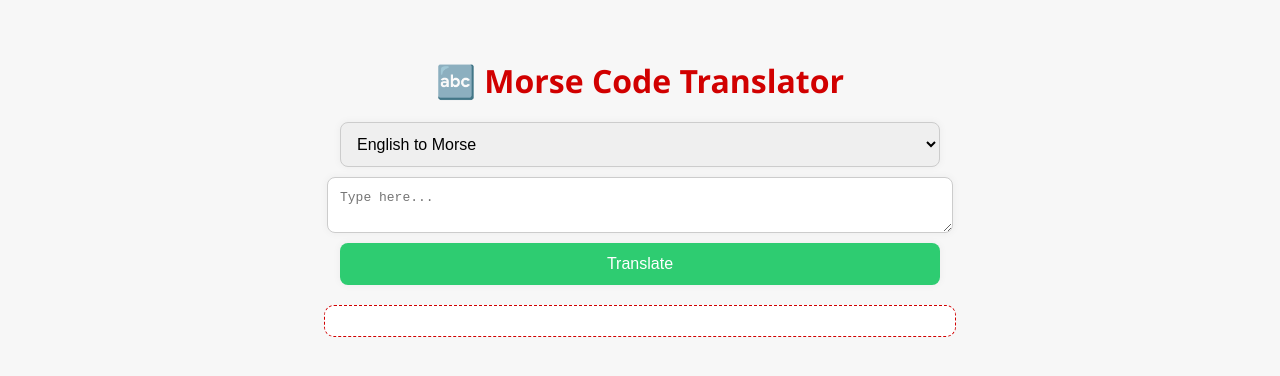
Repository: asandan8106/Morse_-Code_translator
Page: translator.html
These files come from the project's save history. The page is drawn as it stood at one moment and after the next save; the edit follows.
The browser window is 1280 px wide. The pictures show the whole page.

Above is the page before, as saved 2025-05-26 11:24:38.

### translator.html
<!DOCTYPE html>
<html lang="en">
<head>
  <meta charset="UTF-8" />
  <meta name="viewport" content="width=device-width, initial-scale=1.0"/>
  <title>Morse Code Translator</title>
  <style>
    :root {
      --red: #d10000;       /* Absa Red */
      --green: #2ecc71;     /* Money Green */
      --gray: #f7f7f7;      /* Background */
      --black: #222;        /* Text */
      --accent: #f8d7da;    /* Light red/pinkish */
    }

    body {
      font-family: 'Segoe UI', sans-serif;
      background: var(--gray);
      padding: 30px;
      text-align: center;
      color: var(--black);
    }

    h1 {
      color: var(--red);
      margin-bottom: 20px;
    }

    select, textarea, button {
      width: 80%;
      max-width: 600px;
      margin: 10px auto;
      padding: 12px;
      font-size: 1em;
      border-radius: 8px;
      border: 1px solid #ccc;
      box-shadow: 0 0 8px rgba(0,0,0,0.05);
      display: block;
    }

    button {
      background: var(--green);
      color: white;
      border: none;
      cursor: pointer;
      transition: background 0.3s;
    }

    button:hover {
      background: #27ae60;
    }

    #output {
      margin-top: 20px;
      padding: 15px;
      background: white;
      border: 1px dashed var(--red);
      font-weight: bold;
      border-radius: 10px;
      max-width: 600px;
      margin-left: auto;
      margin-right: auto;
      white-space: pre-wrap;
    }
  </style>
</head>
<body>

  <h1>🔤 Morse Code Translator</h1>

  <select id="mode">
    <option value="toMorse">English to Morse</option>
    <option value="fromMorse">Morse to English</option>
  </select>

  <textarea id="input" placeholder="Type here..."></textarea>

  <button onclick="translate()">Translate</button>

  <div id="output"></div>

  <script>
    const morseDict = {
      'A': '.-', 'B': '-...', 'C': '-.-.', 'D': '-..',
      'E': '.', 'F': '..-.', 'G': '--.', 'H': '....',
      'I': '..', 'J': '.---', 'K': '-.-', 'L': '.-..',
      'M': '--', 'N': '-.', 'O': '---', 'P': '.--.',
      'Q': '--.-', 'R': '.-.', 'S': '...', 'T': '-',
      'U': '..-', 'V': '...-', 'W': '.--', 'X': '-..-',
      'Y': '-.--', 'Z': '--..',
      '1': '.----', '2': '..---', '3': '...--',
      '4': '....-', '5': '.....', '6': '-....',
      '7': '--...', '8': '---..', '9': '----.', '0': '-----',
      ' ': '/', '-': '-....-', '!': '-.-.--', '.': '.-.-.-', '?': '..--..'
    };

    const reverseDict = Object.fromEntries(
      Object.entries(morseDict).map(([k, v]) => [v, k])
    );

    function translate() {
      const mode = document.getElementById('mode').value;
      const input = document.getElementById('input').value.trim();
      let result = '';

      if (mode === 'toMorse') {
        result = input.toUpperCase().split('').map(char => morseDict[char] || '?').join(' ');
      } else {
        result = input.split(' ').map(code => reverseDict[code] || '?').join('');
      }

      document.getElementById('output').textContent = result;
    }
  </script>

</body>
</html>

After the next save:
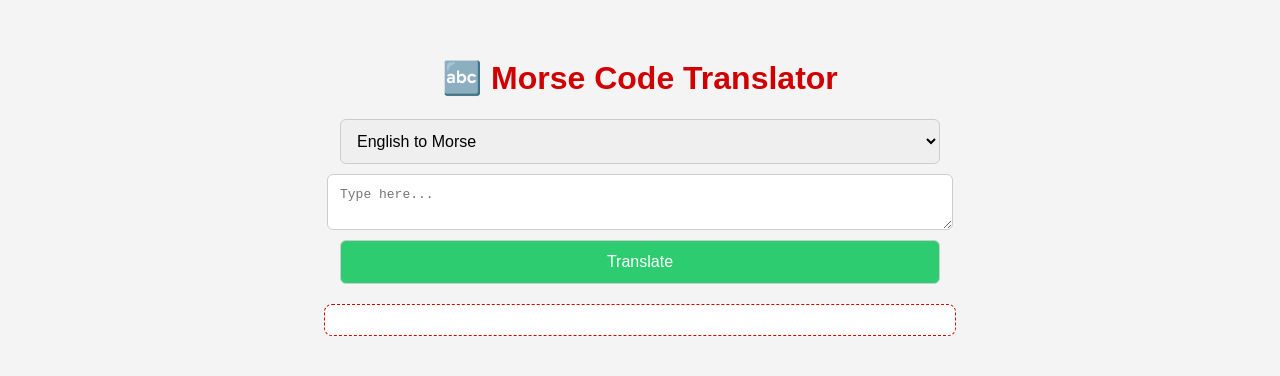
Saved 114 s later.
--- a/translator.html
+++ b/translator.html
@@ -5,62 +5,49 @@
   <meta name="viewport" content="width=device-width, initial-scale=1.0"/>
   <title>Morse Code Translator</title>
   <style>
-    :root {
-      --red: #d10000;       /* Absa Red */
-      --green: #2ecc71;     /* Money Green */
-      --gray: #f7f7f7;      /* Background */
-      --black: #222;        /* Text */
-      --accent: #f8d7da;    /* Light red/pinkish */
-    }
-
     body {
-      font-family: 'Segoe UI', sans-serif;
-      background: var(--gray);
+      font-family: Arial, sans-serif;
+      background-color: #f4f4f4;
+      text-align: center;
       padding: 30px;
-      text-align: center;
-      color: var(--black);
     }
 
     h1 {
-      color: var(--red);
-      margin-bottom: 20px;
+      color: #d10000;
     }
 
-    select, textarea, button {
+    textarea, select, button {
       width: 80%;
       max-width: 600px;
+      padding: 12px;
       margin: 10px auto;
-      padding: 12px;
       font-size: 1em;
-      border-radius: 8px;
+      display: block;
+      border-radius: 6px;
       border: 1px solid #ccc;
-      box-shadow: 0 0 8px rgba(0,0,0,0.05);
-      display: block;
     }
 
     button {
-      background: var(--green);
+      background-color: #2ecc71;
       color: white;
-      border: none;
       cursor: pointer;
-      transition: background 0.3s;
     }
 
     button:hover {
-      background: #27ae60;
+      background-color: #27ae60;
     }
 
     #output {
       margin-top: 20px;
       padding: 15px;
-      background: white;
-      border: 1px dashed var(--red);
+      background-color: white;
+      border: 1px dashed #d10000;
+      border-radius: 8px;
       font-weight: bold;
-      border-radius: 10px;
+      white-space: pre-wrap;
       max-width: 600px;
       margin-left: auto;
       margin-right: auto;
-      white-space: pre-wrap;
     }
   </style>
 </head>
@@ -94,22 +81,23 @@
       ' ': '/', '-': '-....-', '!': '-.-.--', '.': '.-.-.-', '?': '..--..'
     };
 
-    const reverseDict = Object.fromEntries(
-      Object.entries(morseDict).map(([k, v]) => [v, k])
-    );
+    const reverseDict = {};
+    for (let key in morseDict) {
+      reverseDict[morseDict[key]] = key;
+    }
 
     function translate() {
       const mode = document.getElementById('mode').value;
       const input = document.getElementById('input').value.trim();
-      let result = '';
+      let output = '';
 
       if (mode === 'toMorse') {
-        result = input.toUpperCase().split('').map(char => morseDict[char] || '?').join(' ');
+        output = input.toUpperCase().split('').map(char => morseDict[char] || '?').join(' ');
       } else {
-        result = input.split(' ').map(code => reverseDict[code] || '?').join('');
+        output = input.trim().split(' ').map(code => reverseDict[code] || '?').join('');
       }
 
-      document.getElementById('output').textContent = result;
+      document.getElementById('output').textContent = output;
     }
   </script>
 
